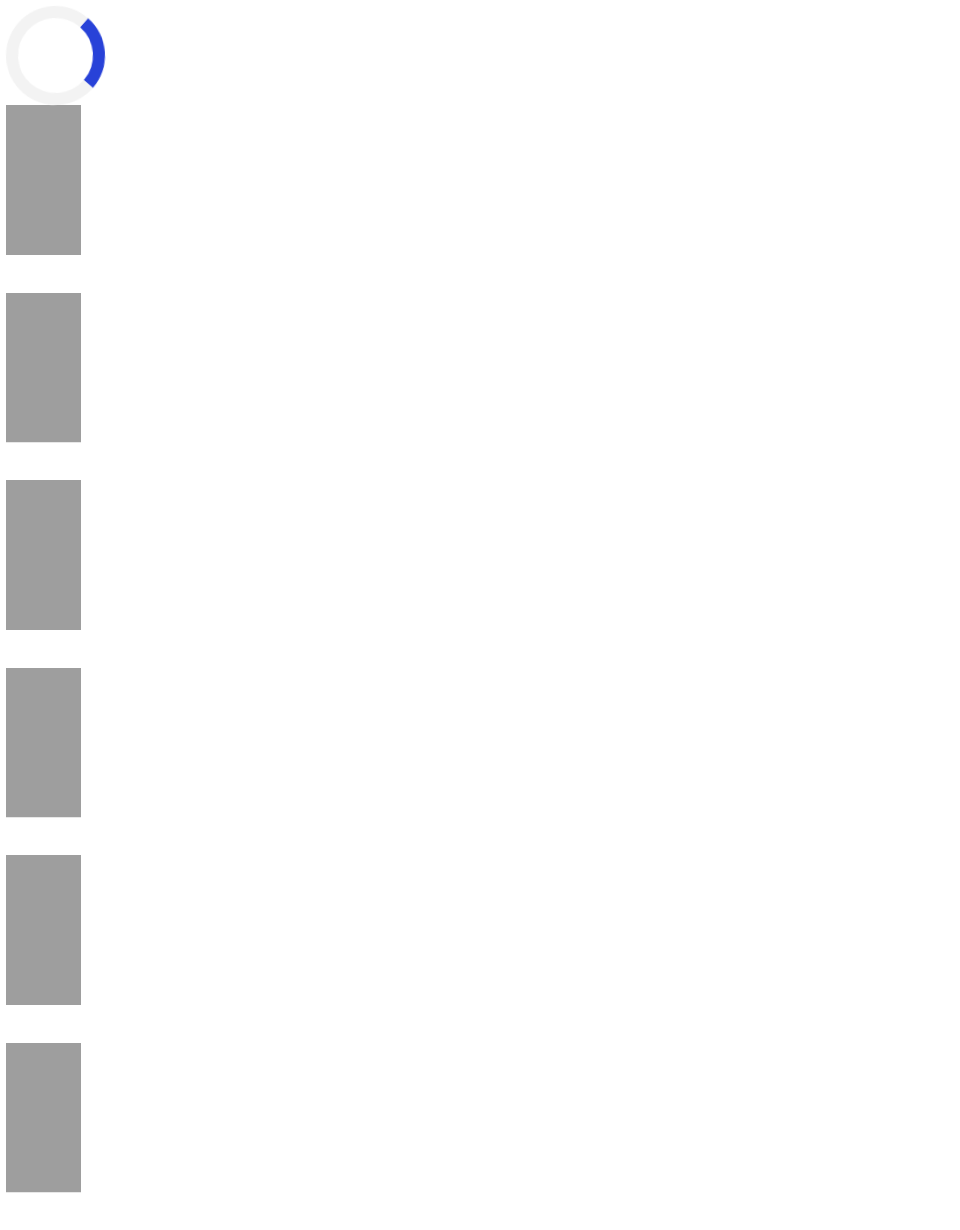
Repository: 1166544/c-toural
Page: packages/test.html
The author's editor kept a copy of each file at every save. The page is drawn from the files as they stood at one save, then again after the next save.
The browser window is 1280 px wide. The pictures show the whole page, at 75% of full size.
Pictures or frames that could not be fetched are drawn as grey boxes.

Above is the page before, as saved 2021-01-04 11:24:31.

### packages/test.html
<!DOCTYPE html>

<head>
    <meta charset="UTF-8">
    <title>xxds</title>
    <style>
        .image-item {
            display: block;
            margin-bottom: 50px;
            height: 200px;
            width: 100px;
        }
        .rotate-animate {
            border: 16px solid #f3f3f3;
            border-radius: 50%;
            border-top: 16px solid #2842d8;
            width: 100px;
            height: 100px;
            animation: rotate 2s linear infinite;
        }
        .rotate-animate .fill-color {
            margin-left: 20px;
            border-color: #2842d8 #d1b516 #cf4928 #27c965;
        }
        @keyframes rotate {
            0% {
                transform: rotate(0deg);
            }
            100% {
                transform: rotate(100deg);
            }
        }
    </style>
</head>

<body>
    <div class="rotate-animate"></div>
    <!-- <div class="rotate-animate fill-color"></div> -->
    <img src="" class="image-item" lazyload="true" data-original="https://box.bdimg.com/static/fisp_static/common/img/searchbox/logo_news_276_88_1f9876a.png">
    <img src="" class="image-item" lazyload="true" data-original="https://box.bdimg.com/static/fisp_static/common/img/searchbox/logo_news_276_88_1f9876a.png">
    <img src="" class="image-item" lazyload="true" data-original="https://box.bdimg.com/static/fisp_static/common/img/searchbox/logo_news_276_88_1f9876a.png">
    <img src="" class="image-item" lazyload="true" data-original="https://box.bdimg.com/static/fisp_static/common/img/searchbox/logo_news_276_88_1f9876a.png">
    <img src="" class="image-item" lazyload="true" data-original="https://box.bdimg.com/static/fisp_static/common/img/searchbox/logo_news_276_88_1f9876a.png">
    <img src="" class="image-item" lazyload="true" data-original="https://box.bdimg.com/static/fisp_static/common/img/searchbox/logo_news_276_88_1f9876a.png">
    <script>
        // 获取可视区高度
        var viewHeight = document.documentElement.clientHeight;

        function lazyload() {
            var eles = document.querySelectorAll('img[data-original][lazyload]');
            Array.prototype.forEach.call(eles, function(item, index) {
                var rect;
                if (item.dataset.original) {
                    // 用户获得页面中某个元素左、上、右、下分别相关浏览器视窗的位置
                    rect = item.getBoundingClientRect();

                    if (rect.bottom >= 0 && rect.top < viewHeight) {
                        var img = new Image();
                        img.src = item.dataset.original;
                        img.onload = function() {
                                item.src = img.src;
                            }
                            // 移除属性，下次不再遍历
                        item.removeAttribute('data-original');
                        item.removeAttribute('lazyload');
                    }
                }

            });
        }

        // 开始未滚动时，要先触发一次，初始化首页页面图片
        lazyload();
        document.addEventListener('scroll', lazyload);
    </script>
</body>

</html>

After the next save:
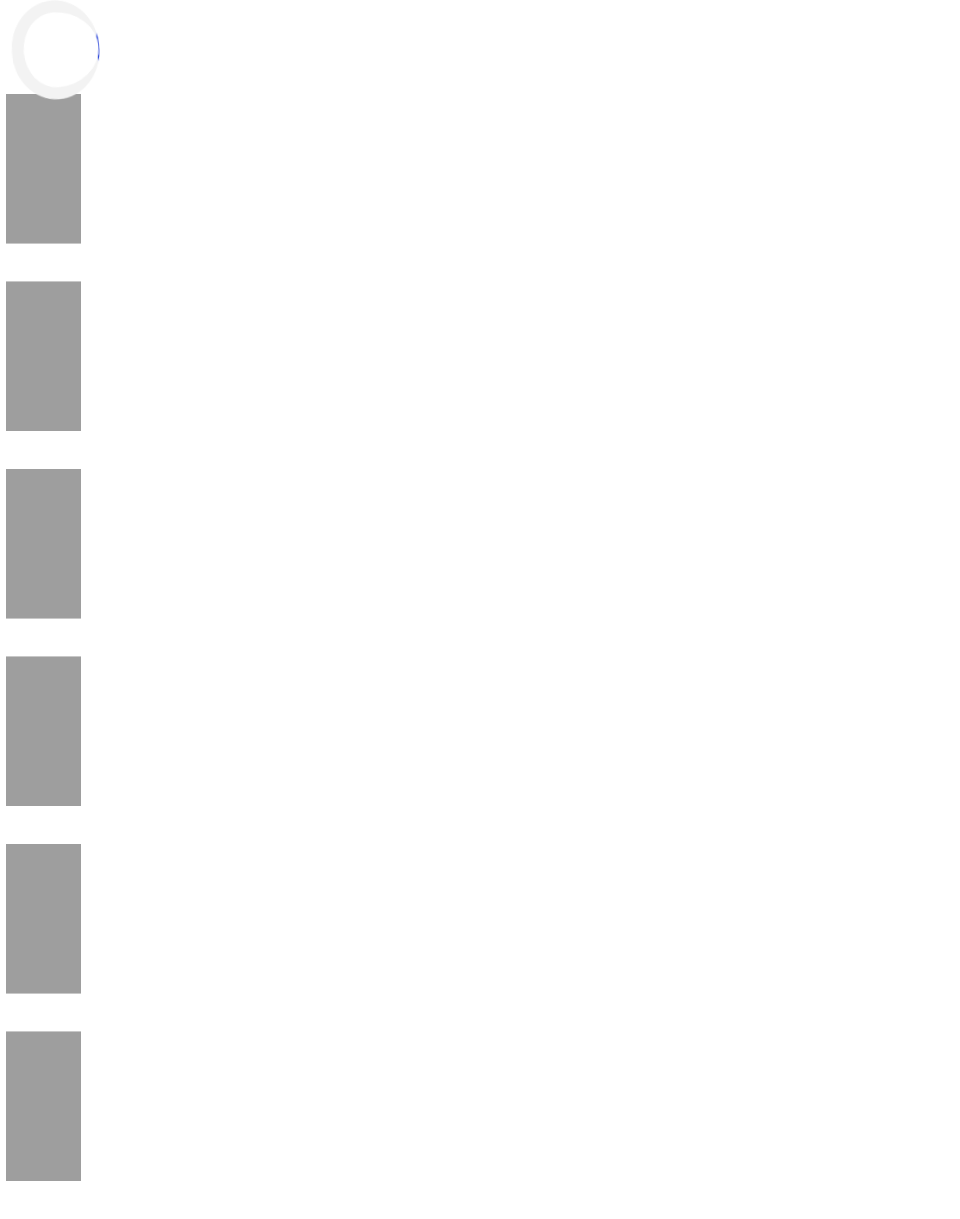
Saved 10 s later.
--- a/packages/test.html
+++ b/packages/test.html
@@ -13,7 +13,7 @@
         .rotate-animate {
             border: 16px solid #f3f3f3;
             border-radius: 50%;
-            border-top: 16px solid #2842d8;
+            border-top: 1px solid #2842d8;
             width: 100px;
             height: 100px;
             animation: rotate 2s linear infinite;

After the save that followed:
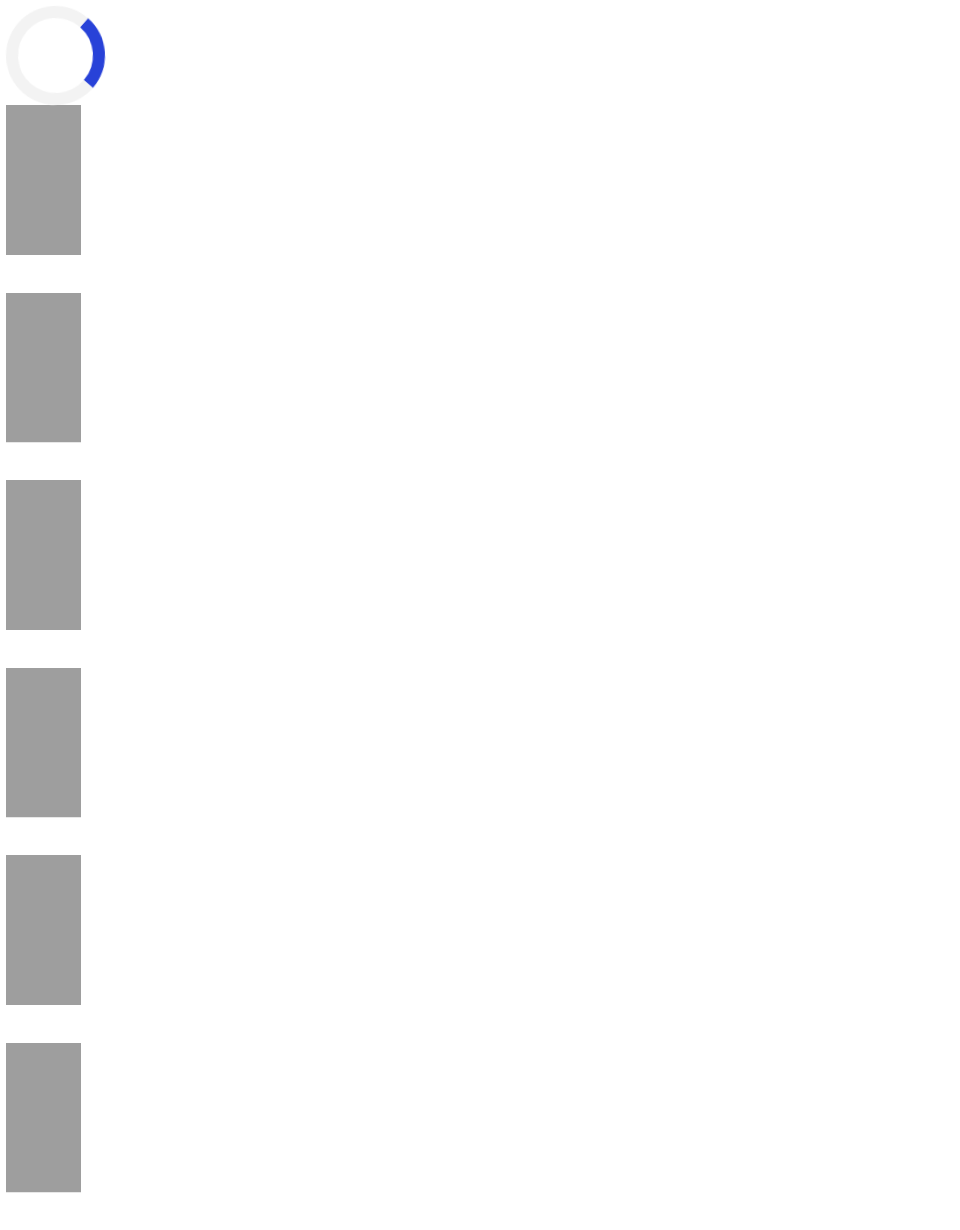
Saved 9 s later.
--- a/packages/test.html
+++ b/packages/test.html
@@ -13,7 +13,7 @@
         .rotate-animate {
             border: 16px solid #f3f3f3;
             border-radius: 50%;
-            border-top: 1px solid #2842d8;
+            border-top: 16px solid #2842d8;
             width: 100px;
             height: 100px;
             animation: rotate 2s linear infinite;
